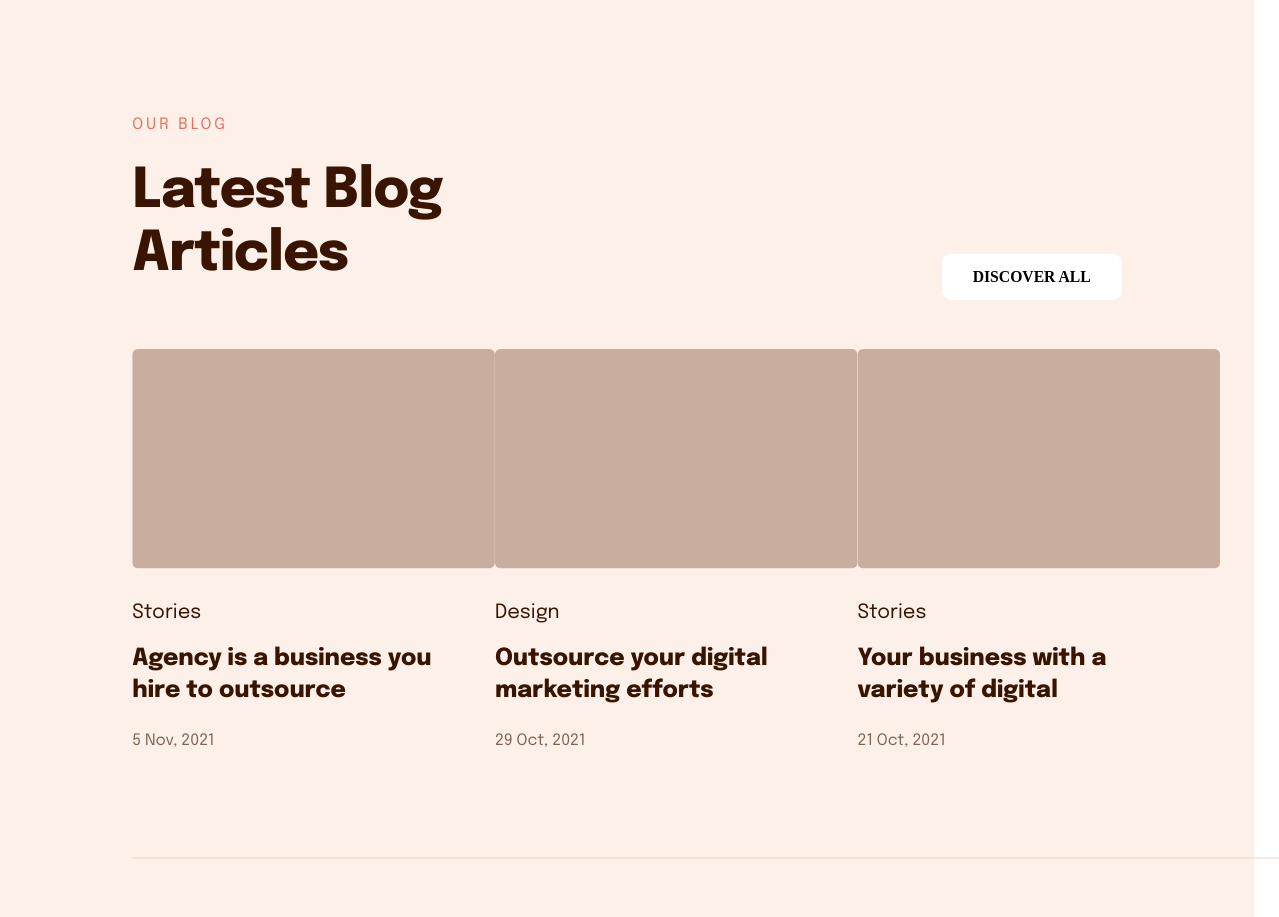
Repository: AytacJafarova/blog
Page: index.html
An editor plug-in stored every save of this project. The page is shown before and after the next save, followed by the edit.
The browser window is 1280 px wide. The page is 1305 px wide, so the pictures cover 1305 px, including what lies to the right of the window. The pictures show the whole page, at 98% of full size.

Above is the page before, as saved 2023-08-03 13:56:37.

### index.html
<!DOCTYPE html>
<html lang="en">

<head>
    <meta charset="UTF-8">
    <meta name="viewport" content="width=device-width, initial-scale=1.0">
    <title>Document</title>
    <link rel="stylesheet" href="./index.css">
</head>
<body>
    <div class="container">
        <div class="blog">
            <div class="box1">
                <h1>Our Blog</h1>
                <h2>Latest Blog Articles</h2>
            </div>
            <div class="box2">
                    <a href="#" class="button">DISCOVER ALL</a>
            </div>
        </div>
        <div class="about-us">
            <div class="stories">
                <img src="./images/overlay.svg" alt="">
                <h1>Stories</h1>
                <p>Agency is a business you hire to outsource</p>
                <p class="nov-5">5 Nov, 2021</p>
            </div>
            <div class="design">
                <img src="./images/overlay.svg" alt="">
                <h1>Design</h1>
                <p>Outsource your digital marketing efforts</p>
                <p class="nov-5">29 Oct, 2021</p>
            </div>
            <div class="marketing">
                <img src="./images/overlay.svg" alt="">
                <h1>Stories</h1>
                <p>Your business with a variety of digital</p>
                <p class="nov-5">21 Oct, 2021</p>
            </div>
        </div>
        <div class="border"></div>

    </div>
</body>

</html>

### index.css
@import url('https://fonts.googleapis.com/css2?family=Epilogue:wght@400;800&display=swap');
* {
    padding: 0;
    margin: 0;
    box-sizing: border-box;
}

.container {
    padding: 112px 135px 60px 135px;
    background: #FDF0E9;
}

.blog {
    display: flex;
    justify-content: space-between;
}

.blog .box1 {
    width: 500px;
}

.blog .box1 h1 {
    color: var(--text-dark-accent, #EF6D58);
    font-feature-settings: 'clig' off, 'liga' off;
    font-family: Epilogue;
    font-size: 16px;
    font-style: normal;
    font-weight: 400;
    line-height: 32px;
    letter-spacing: 3px;
    text-transform: uppercase;
}

.blog .box1 h2 {
    color: var(--text-dark, #391400);
    font-feature-settings: 'clig' off, 'liga' off;
    font-family: Epilogue;
    font-size: 56px;
    font-style: normal;
    font-weight: 800;
    line-height: 64px;
    letter-spacing: -1px;
    margin-top: 20px;
}

.blog .box2 {
    margin-top: auto;
}

.blog .box2  a {
    background-color: white;
    border: none;
    border-radius: 10px;
    color: black;
    padding: 15px 32px;
    text-align: center;
    text-decoration: none;
    font-size: 16px;
    font-weight: bold;
}
.blog .box2  a:hover {
    box-shadow: rgba(6, 24, 44, 0.4) 0px 0px 0px 2px, rgba(6, 24, 44, 0.65) 0px 4px 6px -1px, rgba(255, 255, 255, 0.08) 0px 1px 0px inset;

}
.about-us {
    margin-top: 64px;
    display: flex;
    justify-content: space-between;
}

.about-us img {
    width: 370px;
    height: 224px;
    flex-shrink: 0;
    border-radius: 6px;
    opacity: 0.3181;
    background: #5C2000;
}

.about-us h1 {
    color: var(--text-dark, #391400);
    font-feature-settings: 'clig' off, 'liga' off;
    font-family: Epilogue;
    font-size: 20px;
    font-style: normal;
    font-weight: 400;
    line-height: 32px;
    margin-top: 26px;
}

.about-us p {
    width: 338px;
    height: 68px;
    flex-shrink: 0;
    color: var(--text-dark, #391400);
    font-feature-settings: 'clig' off, 'liga' off;
    font-family: Epilogue;
    font-size: 24px;
    font-style: normal;
    font-weight: 700;
    line-height: 32px;
    margin-top: 15px;
}

.about-us .nov-5 {
    color: var(--text-dark-gray, rgba(57, 20, 0, 0.64));
    font-feature-settings: 'clig' off, 'liga' off;
    font-family: Epilogue;
    font-size: 16px;
    font-style: normal;
    font-weight: 400;
    line-height: 32px;
    margin-top: 15px;
}

.container .border {
    width: 1170px;
    height: 1px;
    flex-shrink: 0;
    background: #F3D1BF;
    margin-top: 67px;
}

.email {
    display: flex;
    margin-top: 60px;
}

.email .h1-box h1 {
    color: var(--text-dark, #391400);
    font-feature-settings: 'clig' off, 'liga' off;
    font-family: Epilogue;
    font-size: 40px;
    font-style: normal;
    font-weight: 800;
    line-height: 48px;
}

After the next save:
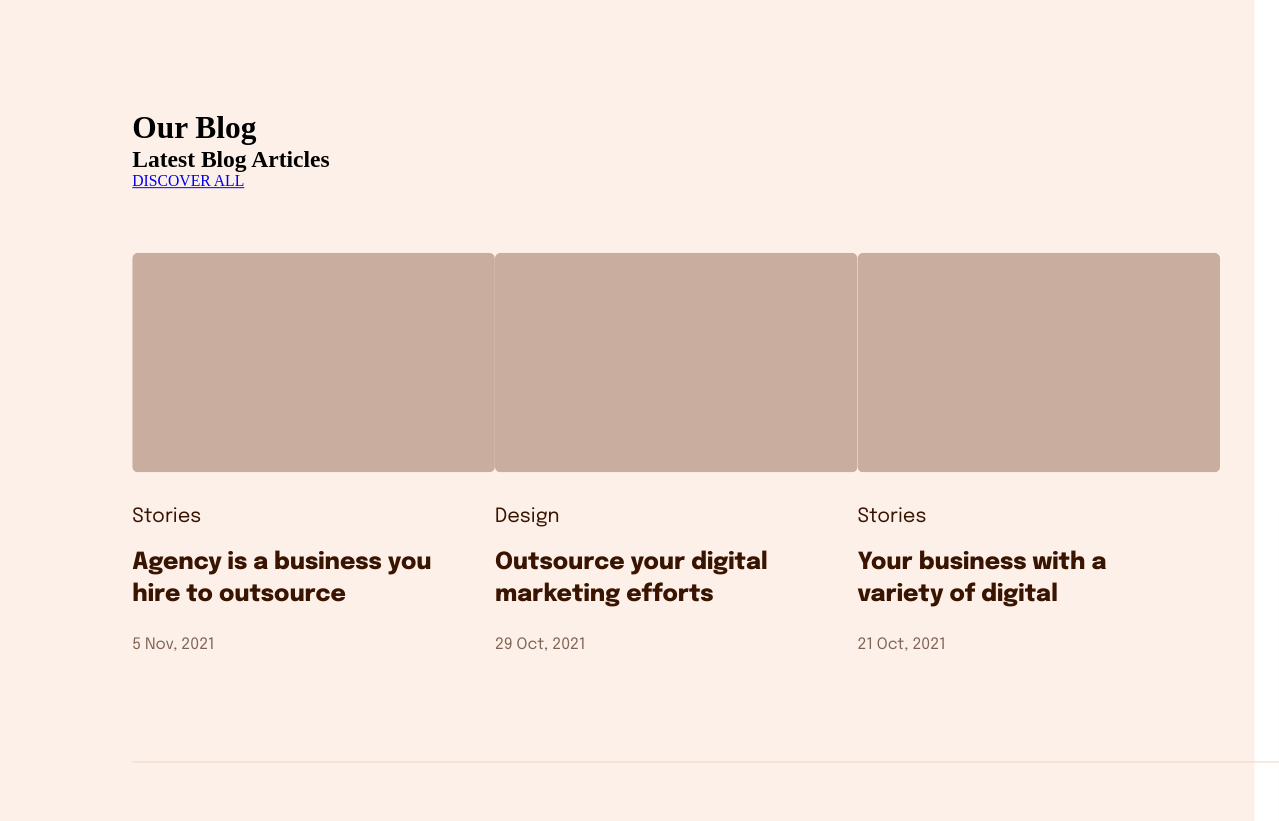
Saved 33 s later.
--- a/index.html
+++ b/index.html
@@ -9,7 +9,7 @@
 </head>
 <body>
     <div class="container">
-        <div class="blog">
+        <div class="blog-box">
             <div class="box1">
                 <h1>Our Blog</h1>
                 <h2>Latest Blog Articles</h2>

After the save that followed:
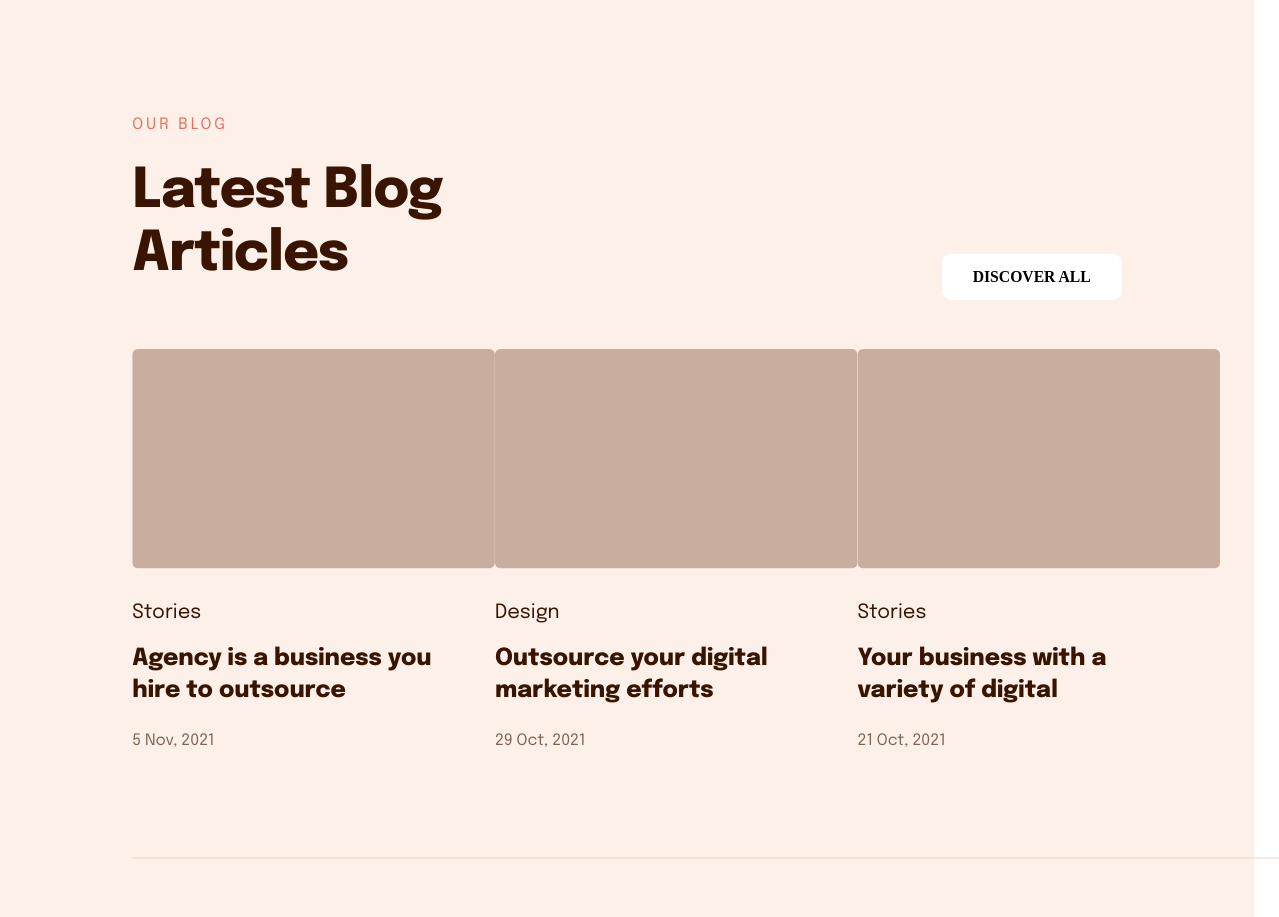
Saved 8 s later.
--- a/index.html
+++ b/index.html
@@ -9,7 +9,7 @@
 </head>
 <body>
     <div class="container">
-        <div class="blog-box">
+        <div class="blog">
             <div class="box1">
                 <h1>Our Blog</h1>
                 <h2>Latest Blog Articles</h2>
